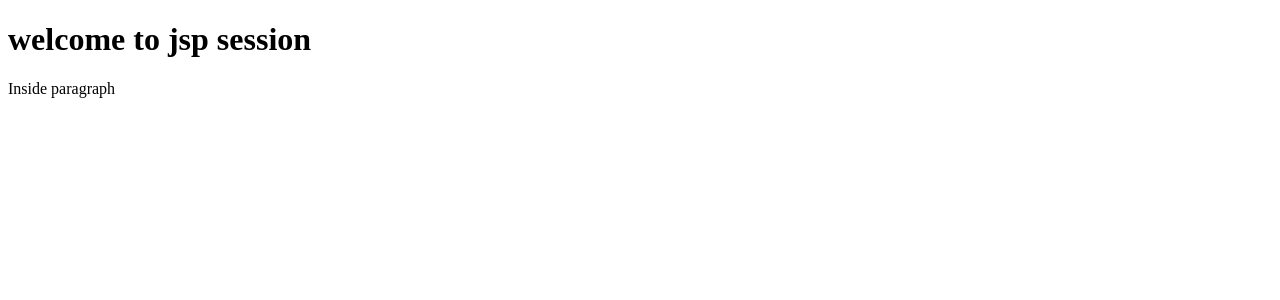
Repository: Tejashriamarjadhav/PHASE2_PROJECT
Page: http://localhost/JSPDemo/insex.jsp
An editor plug-in stored every save of this project. The page is shown before and after the next save, followed by the edit.
The browser window is 1280 px wide. The pictures show the whole page.
The page is served by Tomcat 9.

Above is the page before, as saved 2021-08-21 14:36:11.

### JSPDemo/WebContent/insex.jsp
<%@ page language="java" contentType="text/html; charset=ISO-8859-1"
    pageEncoding="ISO-8859-1"%>
<!DOCTYPE html>
<html>
<head>
<meta charset="ISO-8859-1">
<title>Insert title here</title>
</head>
<body>
<h1>welcome to jsp session</h1>
<%
out.println("<p> Inside paragraph</p>");


%>
</body>
</html>

After the next save:
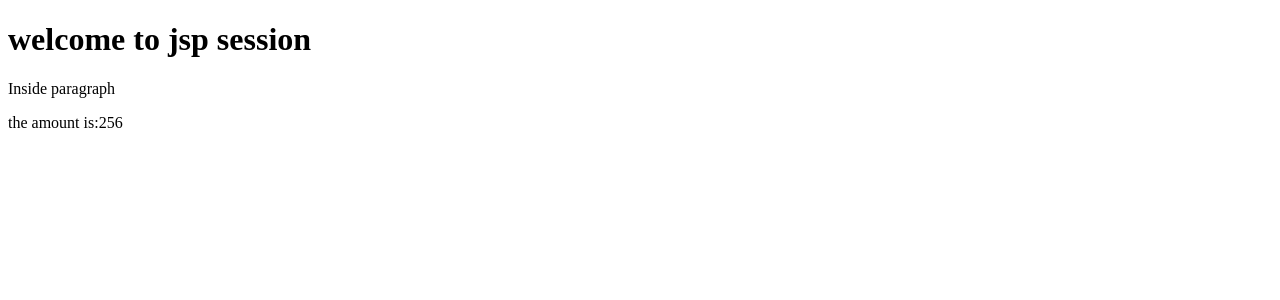
Saved 93 s later.
--- a/JSPDemo/WebContent/insex.jsp
+++ b/JSPDemo/WebContent/insex.jsp
@@ -11,7 +11,8 @@
 <%
 out.println("<p> Inside paragraph</p>");
 
-
+int amount=256;
+out.println("<p> the amount is:"+amount);
 %>
 </body>
 </html>
